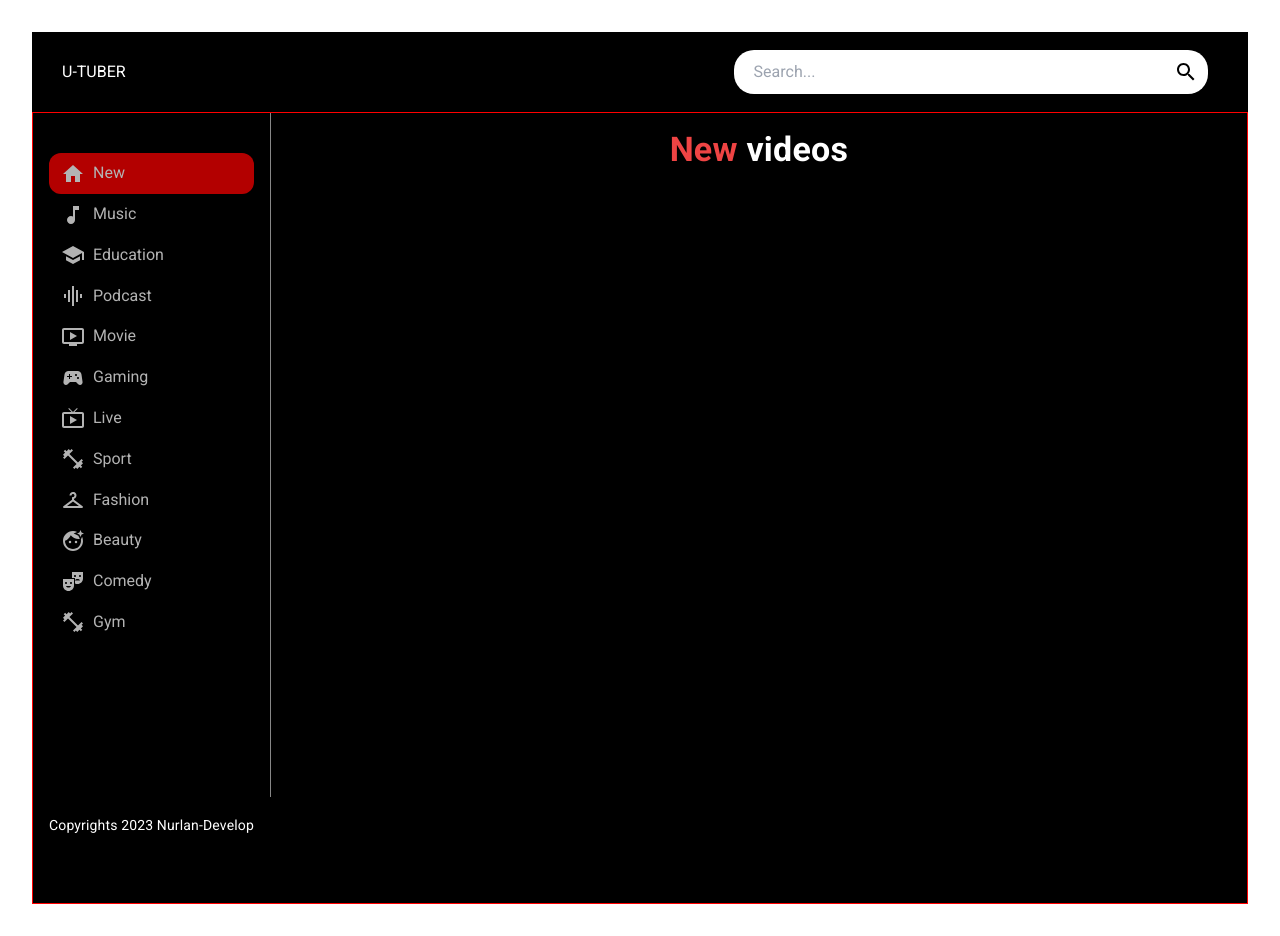
Repository: Nurlan-Bakenbaev/YoutubeClone
Page: /
The author's editor kept a copy of each file at every save. The page is drawn from the files as they stood at one save, then again after the next save.
The browser window is 1280 px wide. The pictures show the whole page.
The page's requests for data from a server got no answer. The project was rebuilt for these pictures with package versions that can differ from the ones it lists, and the page was loaded fresh each time. No one was signed in, and anything a server would have sent is missing. Also part of the build but not shown: vite.config.js, src/components/VideoCard.jsx, src/components/ChannelCard.jsx, src/components/VideoDetails.jsx, src/components/SearchFeed.jsx, src/components/ChannelDetails.jsx.

Above is the page before, as saved 2023-09-08 15:36:08.

After the next save:
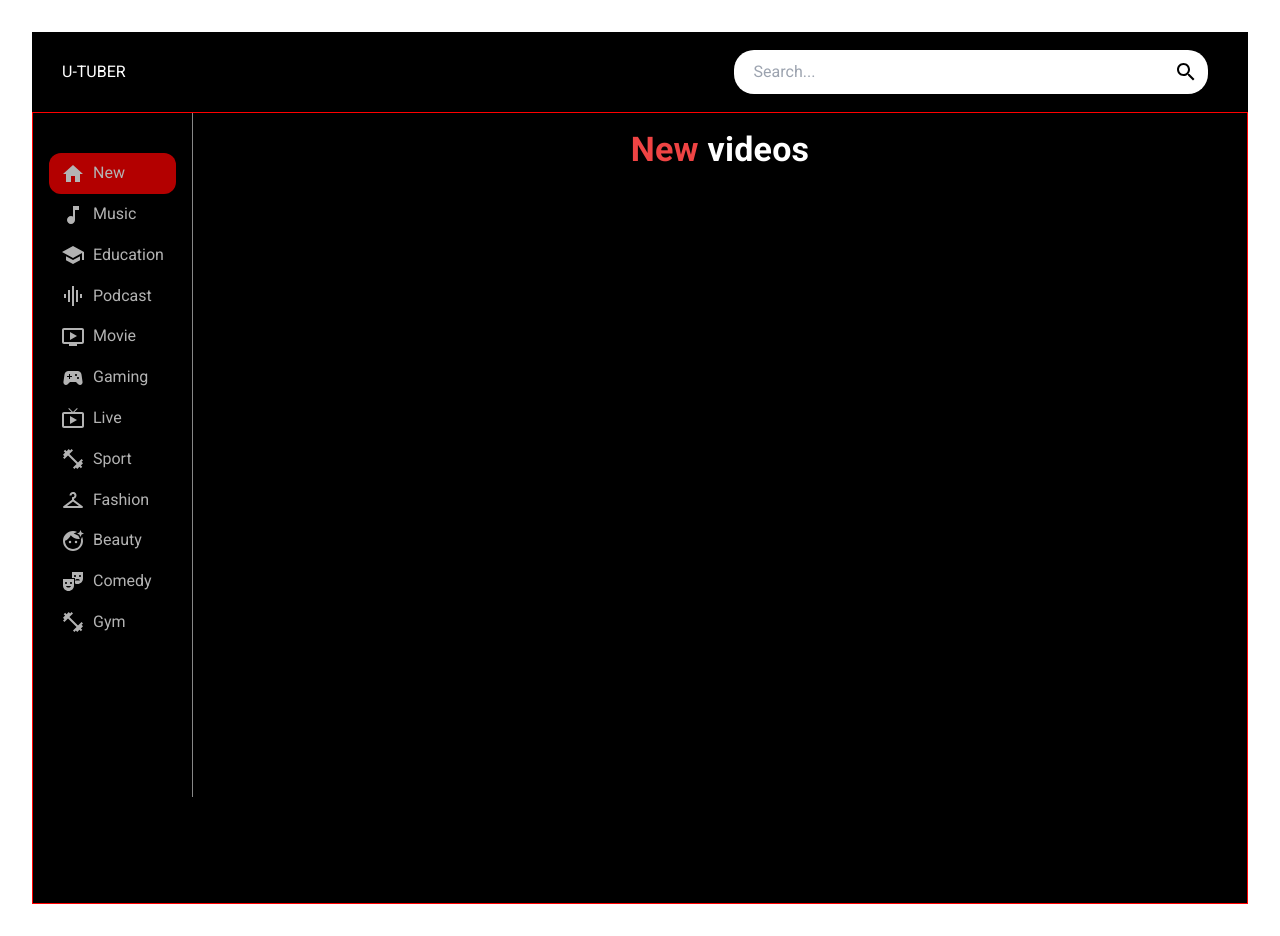
Saved 109 s later.
--- a/src/components/Feed.jsx
+++ b/src/components/Feed.jsx
@@ -25,13 +25,7 @@ const Feed = () => {
           selectedCategory={selectedCategory}
           setSelectedCategory={setSelectedCategory}
         />
-        <Typography
-          className="copyright"
-          variant="body2"
-          sx={{ mt: 1.5, color: "white" }}
-        >
-          Copyrights 2023 Nurlan-Develop
-        </Typography>
+
       </Box>
       <Box p={2} sx={{ overflowY: "auto", height: "90vh", flex: 2 }}>
         <Typography
